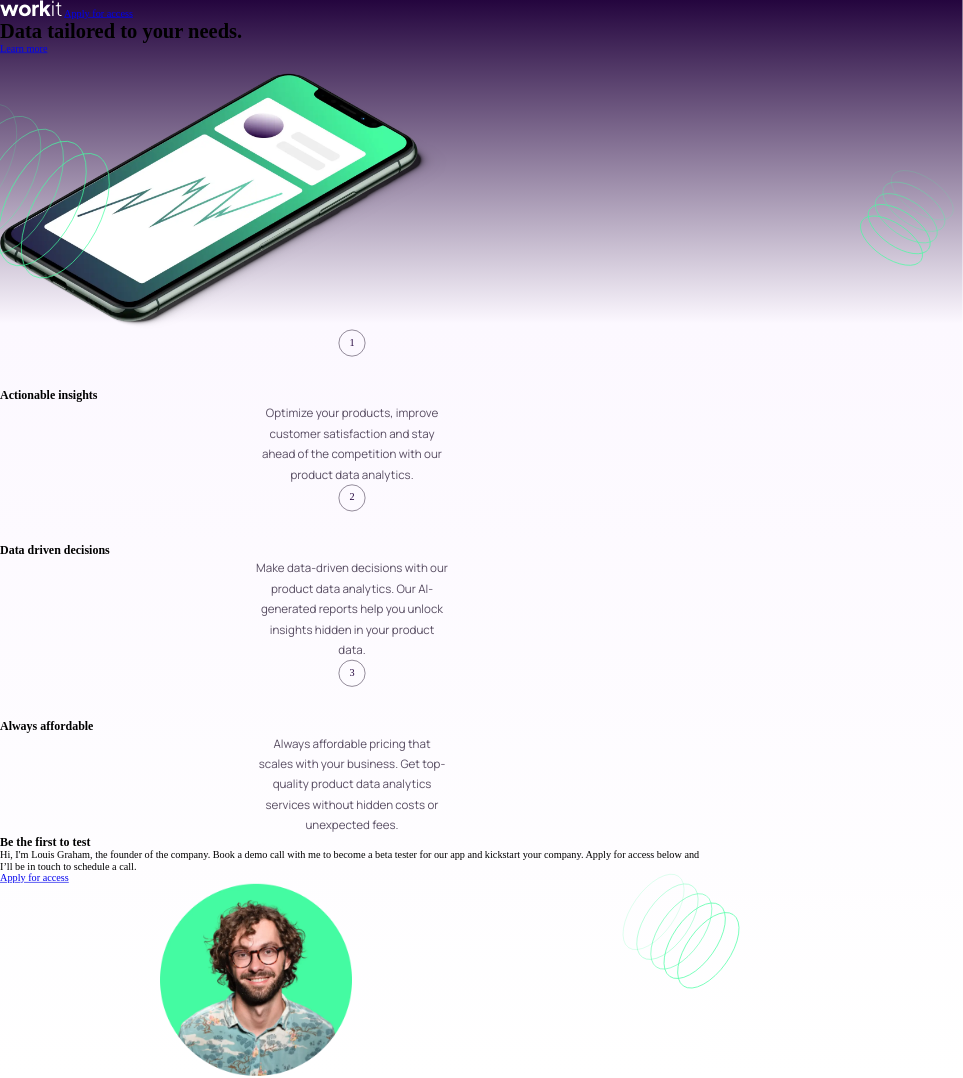
Repository: Arkitecth/landing_page
Page: starter-code/index.html
These files come from the project's save history. The page is drawn as it stood at one moment and after the next save; the edit follows.
The browser window is 1280 px wide. The page is 1504 px wide, so the pictures cover 1504 px, including what lies to the right of the window. The pictures show the whole page, at 64% of full size.

Above is the page before, as saved 2023-05-25 17:01:57.

### starter-code/index.html
<!DOCTYPE html>
<html lang="en">
<head>
  <meta charset="UTF-8">
  <meta http-equiv="X-UA-Compatible" content="IE=edge">
  <meta name="viewport" content="width=device-width, height=device-height, initial-scale=1.0, minimum-scale=1.0">
  <title>Work-it | Landing Page</title>
  <link rel="stylesheet" href="styles.css">
</head>
<body>
  <header id="header">
    <object class="bg-pattern-1" data="assets/images/bg-pattern-1.svg"></object>
    <object class="bg-pattern-2"data="assets/images/bg-pattern-2.svg"></object>
    <div class="container">
      <nav>
        <object data="assets/images/logo-light.svg"></object>
        <a class="btn-secondary" href="#">Apply for access</a>
      </nav>
      <div class="showcase">

        <h1>Data <span>tailored</span> to your needs.</h1>
        <a class="btn-primary"href="#">Learn more</a>
        <object class="image-hero" data="assets/images/image-hero.webp"></object>
      </div>
    </div>

  </header>


  <section id="feature">
    <div class="container grid">
      <div class="feature-content">
        <p class="feature-num">1</p>
        <h3>Actionable insights</h3>
        <p class="feature-paragraph">Optimize your products, improve customer satisfaction and stay ahead of the competition with our product data analytics.</p>
      </div>

      <div class="feature-content">
        <p class="feature-num">2</p>
        <h3>Data driven decisions</h3>
        <p class="feature-paragraph">Make data-driven decisions with our product data analytics. Our AI-generated reports help you unlock insights hidden in your product data.</p>
      </div>

      <div class="feature-content">
        <p class="feature-num">3</p>
        <h3>Always affordable</h3>
        <p class="feature-paragraph">Always affordable pricing that scales with your business. Get top-quality product data analytics services without hidden costs or unexpected fees.</p>
      </div>
    </div>
  </section>


  <section id="about">
    <div class="container">

        <div class="about-text">
          <h3> Be the first to test </h3>
          <p> Hi, I'm Louis Graham, the founder of the company. Book a demo call with me to become a
          beta tester for our app and kickstart your company. Apply for access below and I’ll be
          in touch to schedule a call. </p>
          <a class="btn-primary" href="#"> Apply for access </a>
        </div>
        <object class="image-founder" data="assets/images/image-founder.webp" width="300" height="300"></object>
        <object class="bg-pattern-3" data="assets/images/bg-pattern-3.svg"></object>
    </div>

  </section>

</body>
</html>

### starter-code/styles.css
@font-face {
    font-family: "Fraunces";
    src: url("/Users/trenttuedon/Desktop/workit-landing-page/starter-code/assets/fonts/fraunces/Fraunces-VariableFont_SOFT,WONK,opsz,wght.ttf");

}

@font-face {
    font-family: "Manrope";
    src: url("starter-code/assets/fonts/manrope/Manrope-VariableFont_wght.ttf");

}

* {
    margin: 0;
    padding: 0;
}

html,body {
    background: linear-gradient(180deg, rgba(36,5,62,1) 0%, rgba(252,248,255,1) 30%, rgba(255,255,255,1) 100%);
    width: 1100px;
}


/* Showcase */
.container {
    max-width: 1100px;
    margin:  auto;
}

.overlay {
    width: 1500px;
    max-width: 1500px;
    height: 730px;
    background-color: #24053e;
    border-radius: 100% /0 0 80px 80px;
}
.navbar {
    color: #fff;
    display: flex;
    justify-content: space-between;
    position: relative;
    top: 50px;
}

.navbar a {
    text-decoration: none;
    color: #fff;
}

.secondary-default {
    font-family: sans-serif;
    border-bottom: 3px solid #44ffa1;
}

.secondary-default:hover {
    color: #44ffa1;
}

.bg-pattern-1 {
   position: absolute;
   left: -140px;
   top: 140px;
}

.bg-pattern-2 {
    position: absolute;
    left: 1330px;
    top: 250px;
 }

.heading {
    justify-content: center;
    width: 635px;
    height: 258px;
    margin: 0 auto;
    margin-top: 146px;
    text-align: center;
}

.heading h1 {
    font-family: Fraunces;
    color: #fff;
    font-weight: 600;
    line-height: 80px;
    margin-bottom: 40px;
    font-size: 5em;
}

.underline {
    text-decoration: underline;
    text-decoration-thickness: 2px;
    text-decoration-color: #44ffa1;
    text-underline-offset: 6px;
}

.primary-default {
    font-family: sans-serif;
    line-height: 40px;
    background-color: #44ffa1;
    border: 0;
    color: black;
    text-decoration: none;
    padding: 20px 40px;
}

.primary-default:hover {
    background-color: #24053e;
    color: #44ffa1;
    border: 1px solid #44ffa1;
}

.image-hero {
    display: block;
    margin-top: 30px;
    width: 700px;
    height: 400px;
}

/* Features */
.grid-container {
    display: grid;
    padding-top: 200px;
    grid-template-rows: 1fr 1fr;
    grid-template-columns: 1fr 1fr 1fr;
    font-family: "Fraunces";
    gap: 30px;
    text-align: center;
}


.feature-num {
    border: 1px solid #584d62;
    border-radius: 50%;
    width: 20px;
    height: 20px;
    padding: 10px;
    margin: auto;
    text-align: center;
    margin-bottom: 50px;
    color: #24053e;
}


.purple-overlay {
    background: #fdf8ff;
    border-radius: 0 0 50% 50% / 50px;
    width: 1500px;
    height: 600px;

}

.feature-heading {
    margin-bottom: 40px;
    font-weight: 600;
    color: #24053e;
}

.feature-paragraph {
    font-family: "Manrope";
    font-size: 1.13em;
    line-height: 32px;
    width: 300px;
    text-align: center;
    font-weight: 400;
    color: #584d62;
    margin: auto;

}


/* About Section */

.image-founder {
    margin-left: 250px;
}

.about{
    position: relative;
    color: #fff;
    background-color: #24053e;
    width: 730px;
    height: 413px;
    bottom: 200px;
    left: 400px;
    margin-left: 100px;
}

.about-container {
    text-align: left;
    padding: 70px;
}

.about-container h3 {
    font-family: "Fraunces";
    font-size: 3.5em;
    font-weight: 600;
    margin-bottom: 32px;
}

.about-container p {
    font-family: "Manrope";
    font-weight: 400;
    font-size: 1.15em;
    line-height: 32px;
    margin-bottom: 30px;
}

.about-container a {
    margin-top: 100px;
}

.bg-pattern-3 {
    position: relative;
    bottom: 120px;
    left: 400px;
}

/* Footer */

.spacing {
    margin-top: 100px;
}

footer {
    background-color: #fff;
    margin-left: 300px;
    text-align: center;
    padding-bottom: 100px;
}

.icons {
    margin-top: 40px;

}

.icon {
    padding: 0 20px 0 20px;
}


/* Media Queries */

@media (min-width: 768px) and (max-width: 1024px) {

    .body {
        background-color: black;
    }
    .bg-pattern-1 {
        left: -200px;
    }

    .bg-pattern-2 {
        left: 1330px;
        overflow: hidden;
    }
    .grid-container {
        display: grid;
        position: relative;
        grid-template-columns: none;
        grid-template-rows: repeat(3, 1fr);
        margin-top: 200px;
        padding: 20px;
        gap: 100px;
        text-align: left;
    }
    .feature-heading {
       text-align: left;
       margin-left: 300px;
       margin-bottom: 20px;
    }
    .feature-num {
        position: absolute;
        left: 250px;
        margin-top: 50px;

    }

    .feature-paragraph {
        text-align: left;
        width: 493px;
        height: 56px;
    }


}

@media(max-width: 480px) {
    html,body {
        background: linear-gradient(180deg, rgba(36,5,62,1) 0%, rgba(252,248,255,1) 10%, rgba(255,255,255,1) 100%);
        font-size: 100%;
    }

    .bg-pattern-1, .bg-pattern-2, .bg-pattern-3 {
        display: none;
    }

    .purple-overlay {
        height: 1300px;
    }

    .grid-container {
        display: grid;
        grid-template-columns: none;
        grid-template-rows: repeat(3, 1fr);
        font-size: 1.75rem;
    }

    .feature-num {
        padding: 20px;
        padding-top: 10px;
        text-align: center;
    }

    .about {
        margin-top: 120px;
        margin-left: 10px;
    }

    .about-container {
        text-align: center;
    }

    .image-founder {
        margin-left: 600px;
    }

    footer {
        height: 500px;
        margin-left: 400px
    }
}

### starter-code/assets/images/bg-pattern-1.svg
<svg xmlns="http://www.w3.org/2000/svg" width="341" height="317" viewBox="0 0 341 317"><g fill="none" fill-rule="evenodd" stroke="#44FFA1" transform="rotate(-152 159.204 128.626)"><ellipse cx="54" cy="107.125" rx="53.5" ry="106.5"/><ellipse cx="94.706" cy="107" rx="53.5" ry="106.5"/><ellipse cx="134.529" cy="107.344" opacity=".75" rx="52.5" ry="106.5"/><ellipse cx="175.705" cy="108.102" opacity=".5" rx="53.5" ry="106.5"/><ellipse cx="217.294" cy="107.508" opacity=".25" rx="52.5" ry="106.5"/></g></svg>

After the next save:
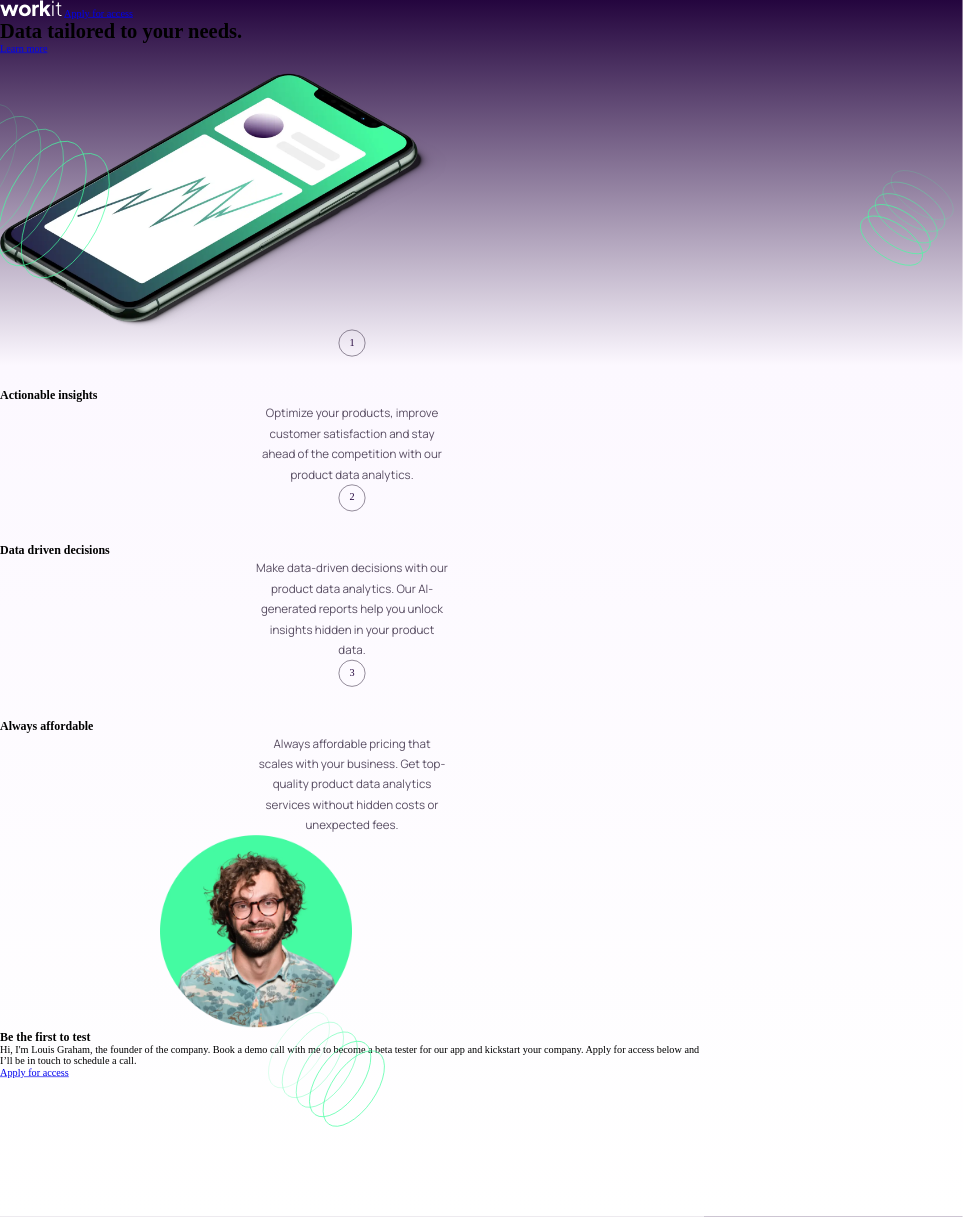
Saved 8 s later.
--- a/starter-code/index.html
+++ b/starter-code/index.html
@@ -52,7 +52,7 @@
 
   <section id="about">
     <div class="container">
-
+        <object class="image-founder" data="assets/images/image-founder.webp" width="300" height="300"></object>
         <div class="about-text">
           <h3> Be the first to test </h3>
           <p> Hi, I'm Louis Graham, the founder of the company. Book a demo call with me to become a
@@ -60,7 +60,6 @@
           in touch to schedule a call. </p>
           <a class="btn-primary" href="#"> Apply for access </a>
         </div>
-        <object class="image-founder" data="assets/images/image-founder.webp" width="300" height="300"></object>
         <object class="bg-pattern-3" data="assets/images/bg-pattern-3.svg"></object>
     </div>
 
